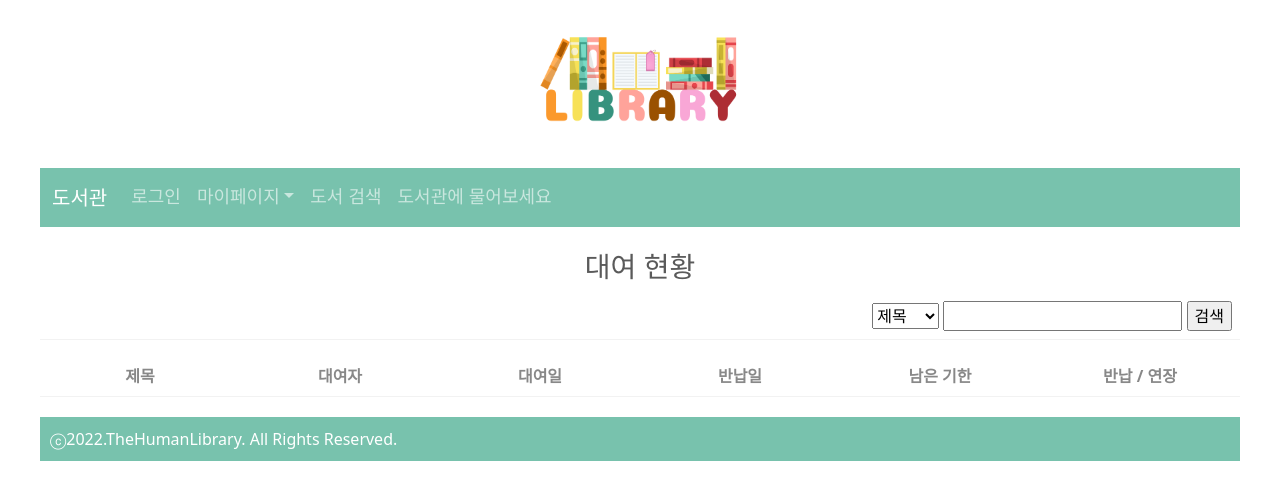
Repository: ahnbin00/Library
Page: http://localhost/BookRental/WEB-INF/book/manageRentalList.jsp
The author's editor kept a copy of each file at every save. The page is drawn from the files as they stood at one save, then again after the next save.
The browser window is 1280 px wide. The pictures show the whole page.
Some web fonts or font styles are not loaded; a fallback is used. Some web libraries are served in a nearby version. The page is served by Tomcat 9. Nobody is signed in. Other server files are loaded and not shown. The template is opened directly, without the code that normally fills it, so the values that code supplies are empty.

Above is the page before, as saved 2022-12-22 06:47:08.

### BookRental/src/main/webapp/WEB-INF/book/manageRentalList.jsp
<%@page import="java.util.List"%>

<%@ page language="java" contentType="text/html; charset=UTF-8"
   pageEncoding="UTF-8"%>
    <%@ taglib prefix="c" uri="http://java.sun.com/jsp/jstl/core" %>
<!DOCTYPE html>
<html>
<head>
<meta charset="UTF-8">
<link rel="stylesheet"
   href="resources/bootstrap.css">
   <link rel="stylesheet" href="https://cdn.jsdelivr.net/npm/bootstrap-icons@1.7.1/font/bootstrap-icons.css">
<title>대여 현황</title>
<style type="text/css">
@import url('https://fonts.googleapis.com/css2?family=Jua&display=swap');
th,td{
	width: 200px;
}
</style>
</head>
<body style="width:1200px; text-align:center; margin: 0 auto;" >

	<header>
		<h1 style="text-align: center; padding-top: 30px; padding-bottom: 30px;"><img alt="로고" src="resources/logo.png" width="200px" height="100px"></h1>
	</header>

	<nav>
		<%@ include file="/WEB-INF/book/banner.jsp" %>
   	</nav>
   <br>

   <h3>대여 현황</h3>

   <!-- 검색 시작 -->
   <form action="getRentalList.do" method="get">
      <table class="table">
         <tr>
            <td align="right">
               <select name="searchCondition">
                  <option value="TITLE">제목</option>
                  <option value="ID">아이디</option>
                  <option value="ISBN">ISBN</option>
               </select>
               <input type="text" name="searchKeyword">
               <input type="submit" value="검색">
            </td>
         </tr>
      </table>
   </form>

   <!-- 목록 출력 -->
   <table class="table">
      <tr>
      <th>제목</th>
      <th>대여자</th>
      <th>대여일</th>
      <th>반납일</th>
      <th>남은 기한</th>
      <th>반납 / 연장</th>
      </tr>
      <c:forEach var="rentalList" items="${rentalList }">
         <tr>
               <td>${rentalList.title }</td>
               <td>${rentalList.id }</td>
               <td>${rentalList.rentday }</td>
               <td>${rentalList.returnday }</td>
               		<c:choose>
						<c:when test="${rentalList.restday >= 0}">
							<td>${rentalList.restday } 일</td>
							 <td>
				                <button type="button" class="btn btn-danger" onclick="location.href='deleteRental.do?rentalseq=${rentalList.rentalseq}&isbn=${rentalList.isbn}'">반납</button>
				                <button type="button" class="btn btn-warning" onclick="location.href='extendRental.do?rentalseq=${rentalList.rentalseq}'">연장</button>
				             </td>
						</c:when>
						<c:otherwise>
							<td style="color: red;">${rentalList.restday } 일(연체)</td>
							<td>
				                <button type="button" class="btn btn-danger" onclick="location.href='deleteRental.do?rentalseq=${rentalList.rentalseq}&isbn=${rentalList.isbn}'">반납</button>
				             </td>
						</c:otherwise>
					</c:choose>
          </tr>
       </c:forEach>
   </table>
   </div>

   <%@ include file="/WEB-INF/book/footer.jsp" %>
</body>
</html>

### BookRental/src/main/webapp/WEB-INF/book/banner.jsp
<%@ page language="java" contentType="text/html; charset=UTF-8"
   pageEncoding="UTF-8"%>
<%@ taglib prefix="c" uri="http://java.sun.com/jsp/jstl/core" %>
<!DOCTYPE html>
<html>
<head>
<meta charset="UTF-8">
<link rel="stylesheet"
   href="../resources/bootstrap.css">
   <script src="https://cdn.jsdelivr.net/npm/bootstrap@5.2.2/dist/js/bootstrap.bundle.min.js" integrity="sha384-OERcA2EqjJCMA+/3y+gxIOqMEjwtxJY7qPCqsdltbNJuaOe923+mo//f6V8Qbsw3" crossorigin="anonymous"></script>
<title>상단 메인 배너</title>
<style type="text/css">
@import url('https://fonts.googleapis.com/css2?family=Jua&display=swap');
body ul, a{
font-family: 'Jua', sans-serif;
}
</style>
</head>
<body style="width:1200px;">
<nav class="navbar navbar-expand-lg navbar-dark bg-primary">
  <div class="container-fluid">
    <a class="navbar-brand" href="index.do">도서관</a>
    <button class="navbar-toggler" type="button" data-bs-toggle="collapse" data-bs-target="#navbarColor01" aria-controls="navbarColor01" aria-expanded="false" aria-label="Toggle navigation">
      <span class="navbar-toggler-icon"></span>
    </button>
    <div class="collapse navbar-collapse" id="navbarColor01">
      <ul class="navbar-nav me-auto">
        <li class="nav-item">
        <c:choose>
         <c:when test="${empty id }">
            <a class="nav-link" href="login.do" style="font-size:18px">로그인
            <span class="visually-hidden">(current)</span>
             </a>
         </c:when>
         <c:otherwise>
             <a class="nav-link" href="logout.do" style="font-size:18px">로그아웃
             <span class="visually-hidden">(current)</span>
             </a>
         </c:otherwise>
         </c:choose>
         <c:if test="${id eq 'admin' }">
        	<li class="nav-item">
			<a class="nav-link" href="getMemberList.do">회원 관리</a>
			</li>
			<li class="nav-item">
			<a class="nav-link" href="getBookListManage.do">도서 관리</a>
			</li>
			<li class="nav-item">
			<a class="nav-link" href="getRentalList.do">대여 현황</a>
			</li>
			<li class="nav-item">
			<a class="nav-link" href="getQnaListManage.do">도서관에 물어보세요</a>
			</li>
         </c:if>
        </li>
        <c:if test="${id ne 'admin' }">
        <li class="nav-item dropdown">
          <a class="nav-link dropdown-toggle" data-bs-toggle="dropdown" role="button" aria-haspopup="true" aria-expanded="false" style="font-size:18px">마이페이지</a>
          <div class="dropdown-menu">
             <c:choose>
             <c:when test="${empty id }">
             <a class="dropdown-item" href="login.do" style="font-size:18px">회원정보수정</a>
            <a class="dropdown-item" href="login.do" style="font-size:18px">회원대출정보</a>
             </c:when>
             <c:otherwise>
             <a class="dropdown-item" href="getMember.do?id=${id}" style="font-size:18px">회원정보수정</a>
            <a class="dropdown-item" href="memberRental.do?id=${id}" style="font-size:18px">회원대출정보</a>
             </c:otherwise>
             </c:choose>
          </div>
        </li>
        <li class="nav-item">
          <a class="nav-link" href="getBookList.do" style="font-size:18px">도서 검색</a>
        </li>
        <li class="nav-item">
          <a class="nav-link" href="getQnaList.do" style="font-size:18px">도서관에 물어보세요</a>
        </li>
      </ul>
      </c:if>
<!--       <form class="d-flex"> -->
<!--         <input class="form-control me-sm-2" type="text" placeholder="Search"> -->
<!--         <button class="btn btn-secondary my-2 my-sm-0" type="submit">Search</button> -->
<!--       </form> -->
    </div>
  </div>
</nav>

</body>
</html>

### BookRental/src/main/webapp/WEB-INF/book/footer.jsp
<%@ page language="java" contentType="text/html; charset=UTF-8"
    pageEncoding="UTF-8"%>
<!DOCTYPE html>
<html>
<head>
<meta charset="UTF-8">
<title>Insert title here</title>
<style type="text/css">
footer{
margin-top: 20px;
padding: 10px;
width: 1200px;
background-color: #78c2ad;
text-align: left;
color: white;
}
</style>
</head>
<body>

   <footer>
		ⓒ2022.TheHumanLibrary. All Rights Reserved.
   </footer>

</body>
</html>

Loaded but not shown: BookRental/src/main/webapp/resources/bootstrap.css (library)

After the next save:
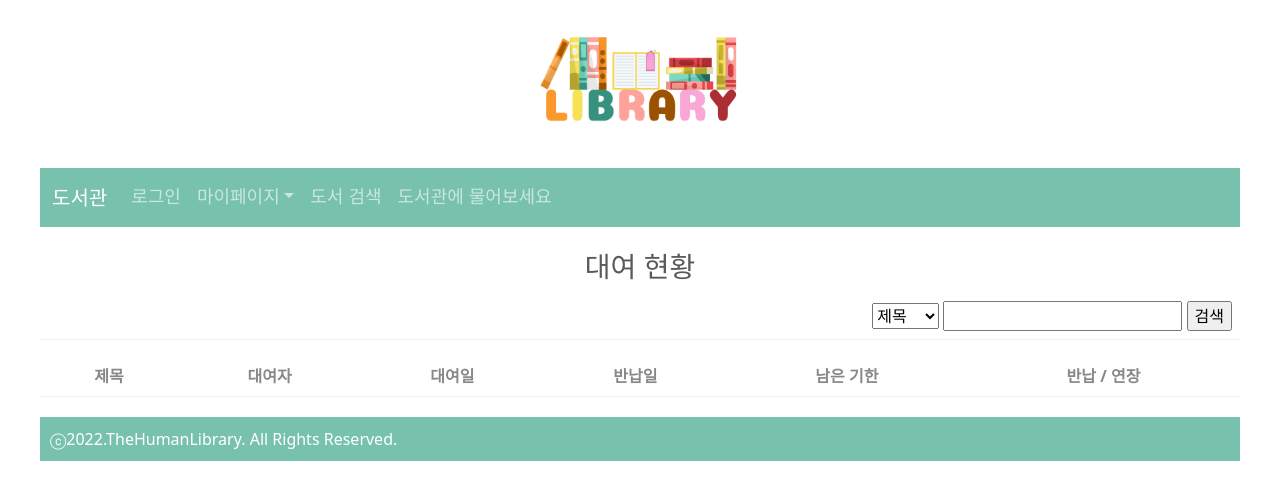
Saved 85 s later.
--- a/BookRental/src/main/webapp/WEB-INF/book/manageRentalList.jsp
+++ b/BookRental/src/main/webapp/WEB-INF/book/manageRentalList.jsp
@@ -13,9 +13,7 @@
 <title>대여 현황</title>
 <style type="text/css">
 @import url('https://fonts.googleapis.com/css2?family=Jua&display=swap');
-th,td{
-	width: 200px;
-}
+
 </style>
 </head>
 <body style="width:1200px; text-align:center; margin: 0 auto;" >
